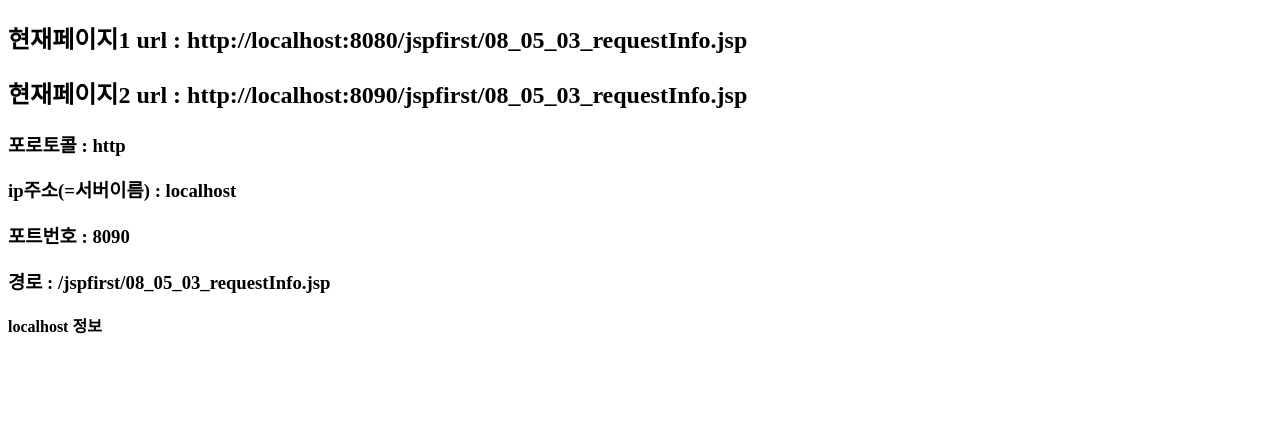
Repository: zhyuk/FullStackStudy
Page: http://localhost/jspfirst/08_05_03_requestInfo.jsp
The author's editor kept a copy of each file at every save. The page is drawn from the files as they stood at one save, then again after the next save.
The browser window is 1280 px wide. The pictures show the whole page.
The page is served by Tomcat 9.

Above is the page before, as saved 2024-08-28 01:12:46.

After the next save:
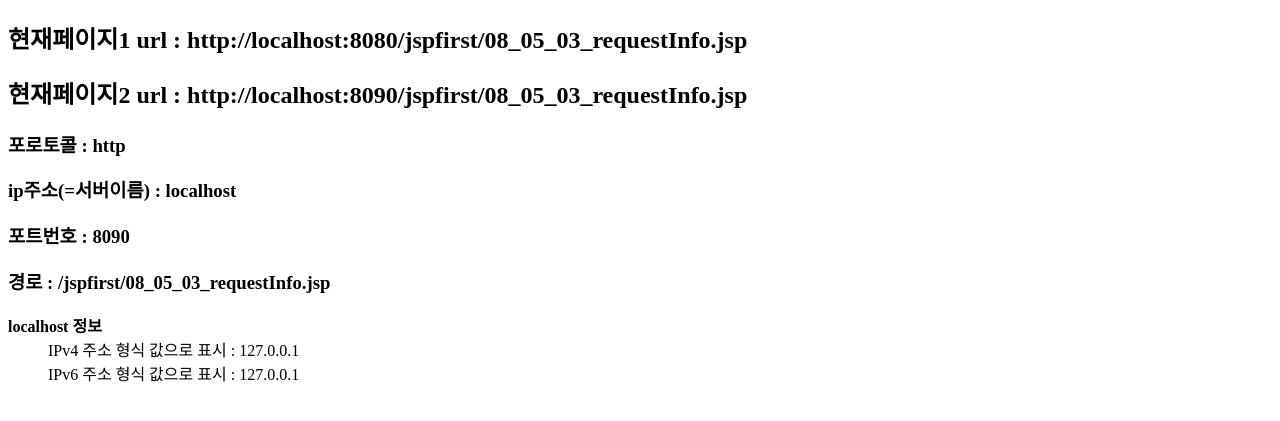
Saved 30 s later.
--- a/jsp/jspwork/jspfirst/src/main/webapp/08_05_03_requestInfo.jsp
+++ b/jsp/jspwork/jspfirst/src/main/webapp/08_05_03_requestInfo.jsp
@@ -16,8 +16,8 @@
 	<h3>경로 : /jspfirst/08_05_03_requestInfo.jsp</h3>
 	<dl>
 		<dt><strong style="font-weight:border">localhost 정보</strong></dt>
-		<dt></dt>
-		<dt></dt>
+		<dd>IPv4 주소 형식 값으로 표시 : 127.0.0.1</dd>
+		<dd>IPv6 주소 형식 값으로 표시 : 127.0.0.1</dd>
 	</dl>
 </body>
 </html>
